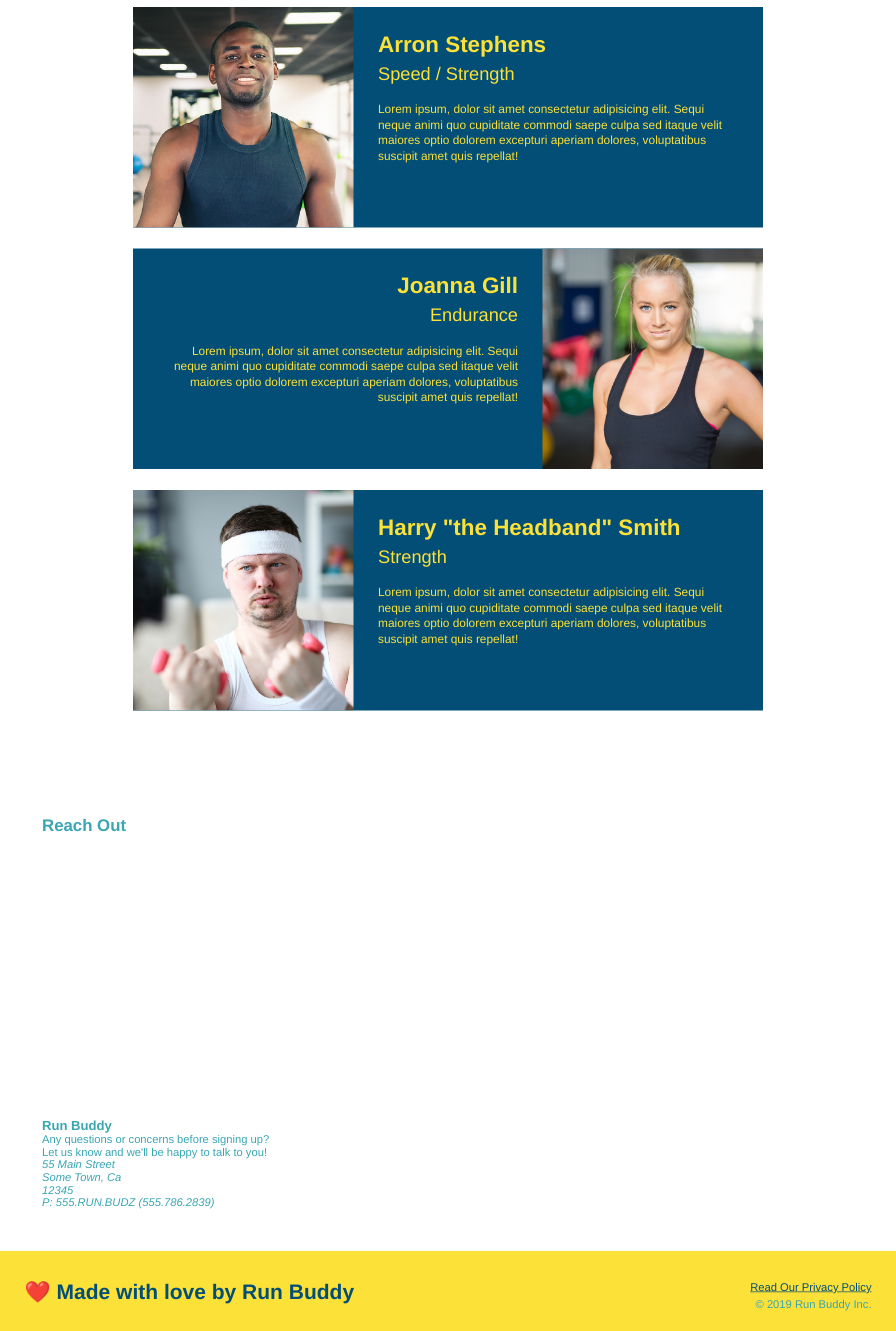
Repository: symlara/run-buddy
Page: index.html
These files come from the project's save history. The page is drawn as it stood at one moment and after a run of saves; the edit follows.
The browser window is 1280 px wide. The pictures show the part of the page from y = 2430 to 4350 px (the page is 4332 px tall before and 4350 px after), at 70% of full size.
Pictures or frames that could not be fetched are drawn as grey boxes.

Above is the page before, as saved 2020-12-10 15:34:16.

### index.html
<!DOCTYPE html>
<html lang="en">
    <head>
        <link rel="stylesheet" href="./assets/css/style.css" />
        <meta charset="UTF-8"/>
        <title>Run Buddy</title>
    </head>
    <body>
        <!-- navigation -->
        <header>
        <a href="/"><h1>RUN BUDDY</h1></a>
        <nav>
            <!-- Unordered list element -->
            <ul>
                <!-- List item element -->
                <li>
                    <!-- Anchor Element -->
                    <a href="#what-we-do">What We Do</a>
                </li>
                <li>
                    <a href="#what-you-do">What You Do</a>
                </li>
                <li>
                    <a href="#your-trainers">Your Trainers</a>
                </li>
                <li>
                    <a href="#reach-out">Reach Out</a>
                </li>
            </ul>
        </nav>
        </header>

        <!-- hero section -->
        <section class="hero">
        <div class="hero-form">
            <h3>Get Started Today</h3>
            <p>Fill out this form and one of our trainers will schedule a consult</p>
            <!-- Add form elements -->
            <form>
                <label for="name">Enter full name:</label>
                <input type="text" placeholder="Your Name" name="name" id="name" class="form-input" />
                <label for="email">Enter Email Address:</label>
                <input type="email" placeholder="Email Address" name="email" id="email" class="form-input" />
                <label for="phone">Enter a telephone number</label>
                <input type="tel" placeholder="Phone Number" name="phone" id="phone" class="form-input" />
                <p>
                    Have you worked out with a trainer before?
                    <input type="radio" name="trainer-confirm" id="trainer-yes" />
                    <label for="trainer-yes">Yes</label>
                    <input type="radio" name="trainer-confirm" id="trainer-no" />
                    <label for="trainer-no">No</label>
                </p>
                <p>
                    <label for="checkbox">
                    I acknowledge that I am at least 18 years of age.
                    </label>
                    <input type="checkbox" name="age-confirm" id="checkbox" />
                </p>
                <button type="submit">
                    Get running!
                </button>
            </form>
        </div>
    </section>
    <!-- end hero -->

        <!-- hero/jumbotron -->
        <section></section>

        <!-- "what we do" section -->
        <section id="what-we-do" class="intro">
            <h2 class="section-title primary-border">What We Do</h2>
            <p>
                butcher selfies chambray shabby chic gentrify readymade yr Echo Park XOXO Tumblr normcore Banksy direct trade Blue Bottle chillwave you probably haven't heard of them single-origin coffee Vice fanny pack fixie Odd Future Austin fingerstache pickled twee synth Wes Anderson Thundercats viral bitters flannel meggings narwhal Marfa Schlitz sustainable Intelligentsia umami deep v craft
            </p>
        </section>

        <!-- "what you do" section -->
        <section id="what-you-do" class="steps">
            <h2 class="section-title secondary-border">What You Do</h2>

            <div>
                <!-- insert this img element -->
                <img src="./assets/images/step-1.svg" alt="" />
                <h3>Step 1: <span>Fill Out the Form Above.</span></h3>
                <p>You're already here, so why not?</p>
            </div>

            <div>
                <!-- insert this img element -->
                <img src="./assets/images/step-2.svg" alt="" />
                <h3>Step 2: <span>Consult with One of Our Trainers.</span></h3>
                <p>Are you here to build muscle, lose weight, or just feel good?</p>
            </div>

            <div>
                <!-- insert this img element -->
                <img src="./assets/images/step-3.svg" alt="" />
                <h3>Step 3: <span>Get Running</span></h3>
                <p>Hit the ground running (literally) once your trainer lays out your plan</p>
            </div>

            <div>
                <!-- insert this img element -->
                <img src="./assets/images/step-4.svg" alt="" />
                <h3>Step 4: <span>See Results</span></h3>
                <p>Bi-Weekly checkins with your trainer will keep you focused</p>
            </div>
        </section>

        <!-- "meet the trainers" section -->
        <section id="your-trainers" class="trainers">
            <h2 class="section-title primary-border">Meet The Trainers

            </h2>

            <!-- first trainer bio -->
            <article class="trainer">
                <img src="./assets/images/trainer-1.jpg" alt="Arron Stephens in his workout clothes, ready to pump iron" />
                <div class="trainer-bio text-left">
                    <h3>Arron Stephens</h3>
                    <h4>Speed / Strength</h4>
                    <p>
                        Lorem ipsum, dolor sit amet consectetur adipisicing elit. Sequi neque animi quo cupiditate commodi saepe culpa sed
                        itaque velit maiores optio dolorem excepturi aperiam dolores, voluptatibus suscipit amet quis repellat!
                    </p>
                </div>
            </article>
            <!-- first trainer end -->

            <!--second trainer bio -->
            <article class="trainer">
                <div class="trainer-bio text-right">
                    <h3>Joanna Gill</h3>
                    <h4>Endurance</h4>
                    <p>
                        Lorem ipsum, dolor sit amet consectetur adipisicing elit. Sequi neque animi quo cupiditate commodi saepe culpa sed
                        itaque velit maiores optio dolorem excepturi aperiam dolores, voluptatibus suscipit amet quis repellat!
                    </p>
                </div>
                <img src="./assets/images/trainer-2.jpg" alt="Joanna Gill cooling off after a workout" />
            </article>
            <!-- second trainer end-->

            <!-- third trainer bio -->
            <article class="trainer">
                <img src="./assets/images/trainer-3.jpg" alt="Harry Smith wearing a headband and lifting comically small pink weights" />
                <div class="trainer-bio text-left">
                    <h3>Harry "the Headband" Smith</h3>
                    <h4>Strength</h4>
                    <p>
                        Lorem ipsum, dolor sit amet consectetur adipisicing elit. Sequi neque animi quo cupiditate commodi saepe culpa sed
                        itaque velit maiores optio dolorem excepturi aperiam dolores, voluptatibus suscipit amet quis repellat!
                    </p>
                </div>
            </article>
            <!-- third trainer end -->
        </section>

        <!-- "reach out" section -->
        <section>
            <h2>Reach Out</h2>
            <div class="contact-info">
                <iframe src="https://www.google.com/maps/embed?pb=!1m18!1m12!1m3!1d3221.7111422227936!2d-86.80586308470178!3d36.14924591176938!2m3!1f0!2f0!3f0!3m2!1i1024!2i768!4f13.1!3m3!1m2!1s0x886466bdcf68adc5%3A0x468be65e4a8f7eb1!2s2201%20West%20End%20Ave%2C%20Nashville%2C%20TN%2037212!5e0!3m2!1sen!2sus!4v1607634799030!5m2!1sen!2sus"
                    frameborder="0"
                    height="400"
                    width="400"
                    style="border: 0"
                    allowfullscreen
                >
                </iframe>
            </div>

            <div>
                <h3>Run Buddy</h3>
                <p>
                    Any questions or concerns before signing up?
                    <br />
                    Let us know and we'll be happy to talk to you!
                </p>
                <address>
                    55 Main Street <br />
                    Some Town, Ca <br />
                    12345<br />
                    P: 555.RUN.BUDZ (555.786.2839)</address
                </address>
            </div>
        </section>

        <!-- footer -->
        <footer>
            <h2>❤️ Made with love by Run Buddy</h2>
            <div>
                <a href="#">Read Our Privacy Policy</a><br />
                &copy; 2019 Run Buddy Inc.
            </div>
        </footer>
    </body>

    </html>

### assets/css/style.css
* {
    margin: 0;
    padding: 0;
    box-sizing: border-box;
}


body {
    /* more on this crazy alphanumerical value in a minute */
    color: #39a6b2;
    font-family: Helvetica, Arial, sans-serif;
}

/* apply styles to header */
header {
    padding: 20px 35px;
    background-color: #39a6b2;
}

header h1 {
    font-weight: bold;
    font-size: 36px;
    color: #fce138;
    margin: 0;
    display: inline;
}

header a {
    text-decoration: none;
    color: #fce138;
}

header nav {
    float: right;
    margin: 7px 0;
}

header nav ul li {
    display: inline;
}

header nav ul li a {
    margin: 0 30px;
    font-weight: lighter;
    font-size: 22px;
}

footer {
    background: #fce138;
    width: 100%;
    padding: 40px 35px;
  }

footer h2 {
    display: inline;
    color: #024e76;
    font-size: 30px;
    margin: 0;
}

footer div {
    float: right;
    line-height: 1.5;
    text-align: right;
}

footer a {
    color: #024e76;
}

section {
    padding: 60px;
}

/* Hero Style Start */
.hero {
    background-image: url("../images/hero-bg.jpg");
    height: 600px;
    background-size: cover;
    background-position: center;
    position: relative;
}
/*The height property fixed at 600px gives an exact size of the section, which is important in this context to allow room for the sign-up form.*/


.hero-form {
    border: solid 3px #024e76;
    background-color: #fce138;
    padding: 20px;
    width: 500px;
    color: #024e76;
    position: absolute;
    bottom: 120px;
    right: 140px;
}

.hero-form h3 {
    font-size: 24px;
    margin: 0;
}

.hero-form p {
    margin: 5px 0 15px 0;
}

.form-input {
    border: 1px solid #024e76;
    display: block;
    padding: 7px 15px;
    font-size: 16px;
    color: #024e76;
    width: 100%;
    margin-bottom: 15px;
}

.hero-form label {
    margin: 0 5px;
}

.hero-form button {
    color: #fce138;
    background-color: #024e76;
    border: none;
    padding: 10px 20px;
    font-size: 16px;
}
/* Hero Style End */

/*What We Do Section */
.intro {
    text-align: center;
}

.intro p {
    line-height: 1.7;
    color: #39a6b2;
    width: 80%;
    font-size: 20px;
    margin: 0 auto;
}

/*What We Do End*/

.section-title {
    display: inline-block;
    font-size: 55px;
    color: #024e76;
    margin-bottom: 35px;
    padding: 0 100px 20px 100px;
    border-bottom: 3px solid;
}

.primary-border {
    border-color: #fce138;
}

.secondary-border {
    border-color: #39a6b2;
}

/* What You Do Section */
.steps {
    text-align: center;
    background: #fce138;
}

.steps div {
    margin-bottom: 80px;
}

.steps img {
    width: 15px;
    margin: 10px 0;
}

.steps h3 {
    color: #024e76;
    font-size: 46px;
    margin-top: 10px;
}

.steps p {
    color: #39a6b2;
    font-size: 23px;
}

.steps span {
    font-size: 38px;
}


/* What You Do End */

/* Your Trainers Section */
.trainers {
    text-align: center;
}

.trainer {
    width: 900px;
    margin: 0 auto 30px auto;
    background: #024e76;
    color: #fce138;
    overflow: auto;
}

.trainer img {
    width: 35%;
    float: left;
}

.trainer-bio {
    padding: 35px;
    float: left;
    width: 65%;
}

.text-left {
    text-align: left;
}

.text-right {
    text-align: right;
}

.trainer-bio h3 {
    font-size: 32px;
    margin-bottom: 8px;
}

.trainer-bio h4 {
    font-weight: lighter;
    font-size: 26px;
    margin-bottom: 25px;
}

.trainer-bio p {
    font-size: 17px;
    line-height: 1.3;
}
/* Your Trainers Section End */

After the next 3 saves:
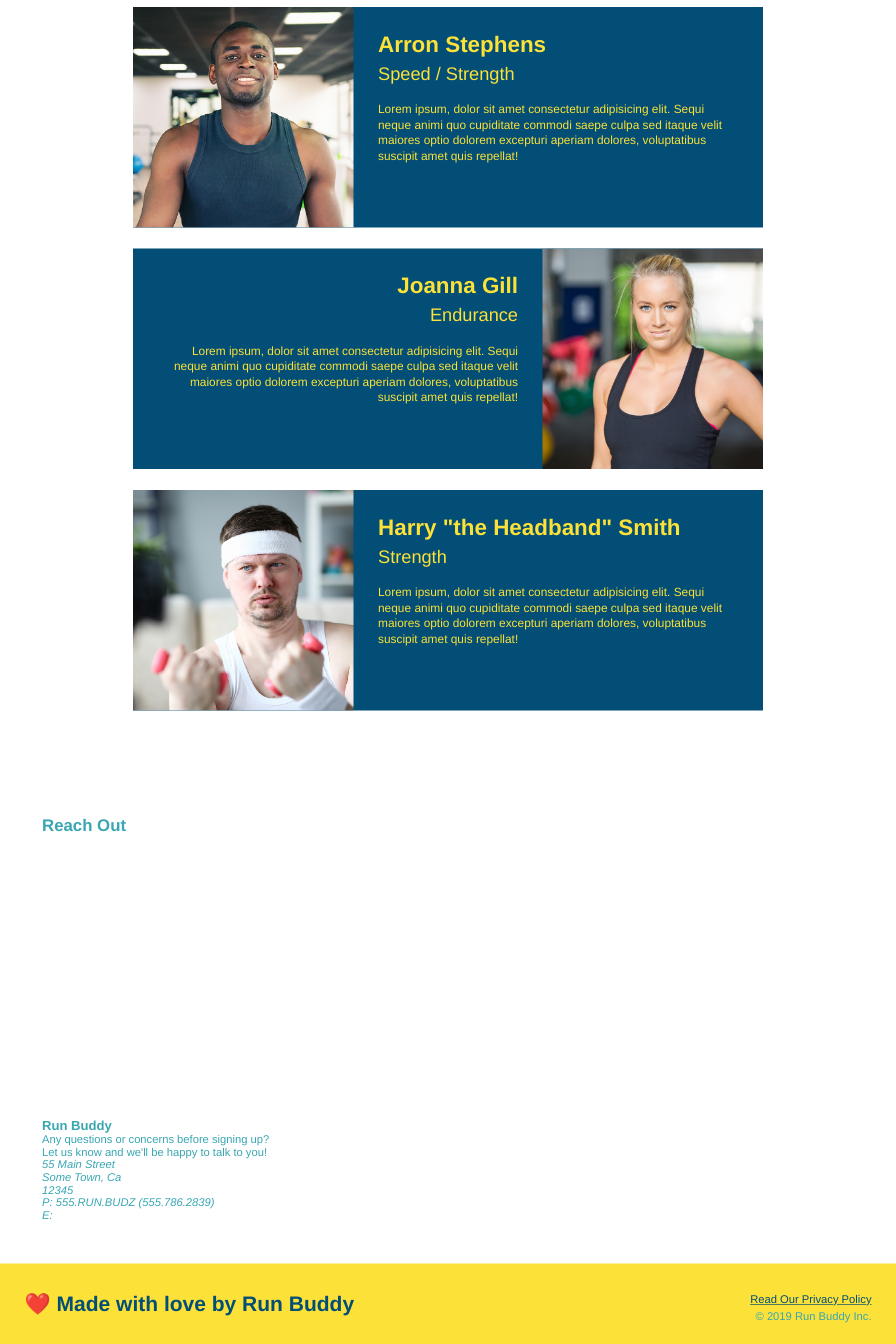
The 3 saves are shown as one change because they came seconds apart.
The last was saved 8 s later.
--- a/index.html
+++ b/index.html
@@ -182,7 +182,8 @@
                     55 Main Street <br />
                     Some Town, Ca <br />
                     12345<br />
-                    P: 555.RUN.BUDZ (555.786.2839)</address
+                    P: 555.RUN.BUDZ (555.786.2839)<br />
+                    E:
                 </address>
             </div>
         </section>
